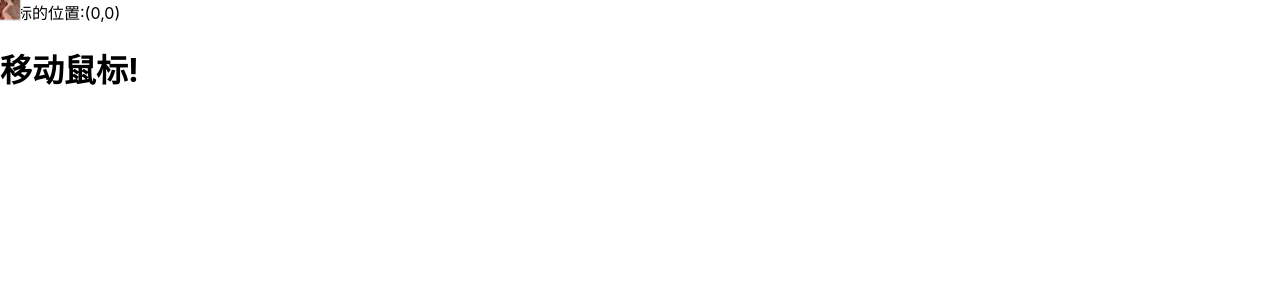
Repository: AprilChou4/cra-demo
Page: / (app in demo7-react生命周期/)
The author's editor kept a copy of each file at every save. The page is drawn from the files as they stood at one save, then again after a run of saves.
The browser window is 1280 px wide. The pictures show the whole page.
The project was rebuilt for these pictures with package versions that can differ from the ones it lists, and the page was loaded fresh each time.

Above is the page before, as saved 2021-02-25 15:38:27.

After the next 2 saves:
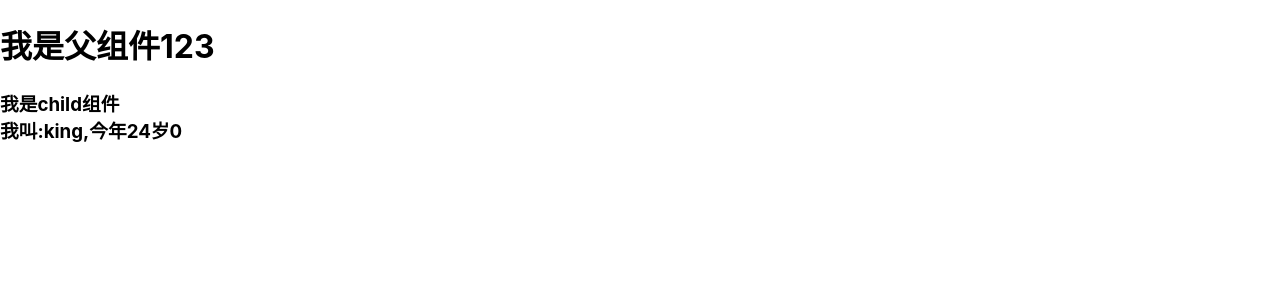
The 2 saves are shown as one change because they came seconds apart.
The last was saved 27 s later.
--- a/demo7-react生命周期/src/index.js
+++ b/demo7-react生命周期/src/index.js
@@ -5,7 +5,8 @@ import './index.css';
 // contex的通信
 // import App from './component/Context';
 // 组件的复用
-import App from './component/UsePublic';
+// import App from './component/UsePublic';
+import App from './component/PureComponent';
 
 ReactDOM.render(
   // <React.StrictMode>
